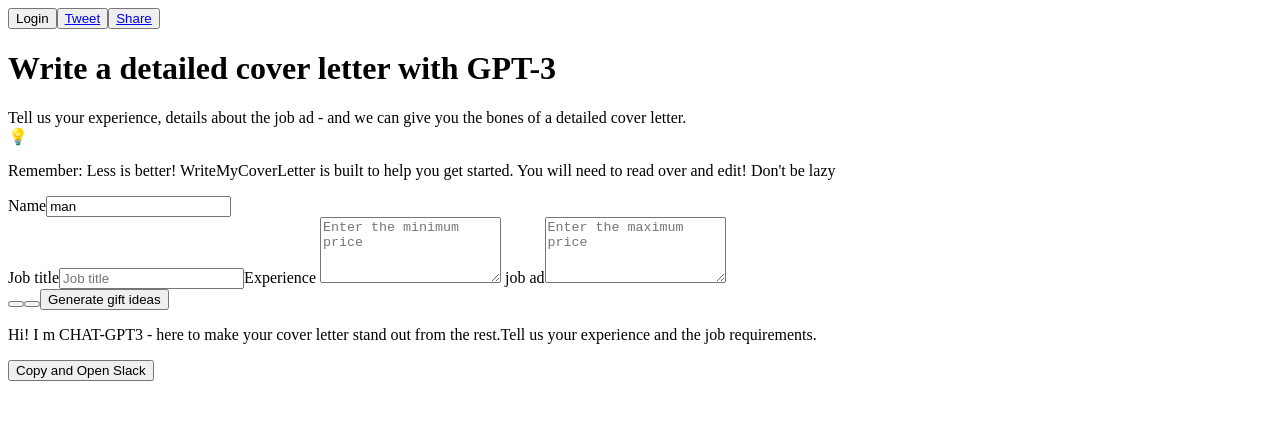
Repository: hamza-mastar/chatgpt-jpbad
Page: /
An editor plug-in stored every save of this project. The page is shown before and after the next save, followed by the edit.
The browser window is 1280 px wide. The pictures show the whole page.
The project was rebuilt for these pictures with package versions that can differ from the ones it lists, and the page was loaded fresh each time. The framework's server and built-in components were replaced by stand-ins that run in the browser.

Above is the page before, as saved 2023-02-02 23:39:55.

After the next save:
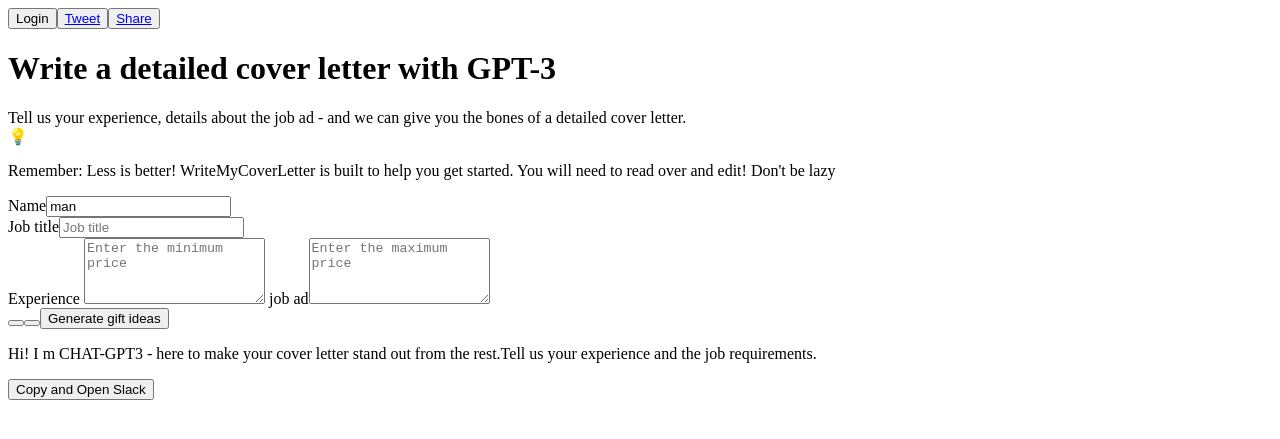
Saved 2 min 26 s later.
--- a/pages/index.js
+++ b/pages/index.js
@@ -134,7 +134,12 @@
             value={job_title}
             onChange={(e) => setJob_title(e.target.value)}
           />
-
+<div class="wrapper">
+	<div class="centeredBox">
+		<span id="typewriter" data-array=""></span>
+		<span class="cursor"></span>
+	</div>
+</div>
           <label>Experience </label>
           <textarea className="form-textarea outline-none focus:outline-none text-lg bg-white rounded-md px-4 py-2 w-full border  focus:border-gray-400 border-gray-300 font-regular mt-2 transition-all undefined " rows="4"
           required
@@ -243,6 +248,7 @@
   </CopyToClipboard> */}
   <button className="p-4 grow w-auto h-16 rounded-lg flex items-center justify-center bg-gray-50 border border-gray-300 text-gray-600 hover:bg-gray-100 shadow-lg text-xs sm:text-base"> Copy and Open Slack </button>
 
+
         </div>
         </div>
 
